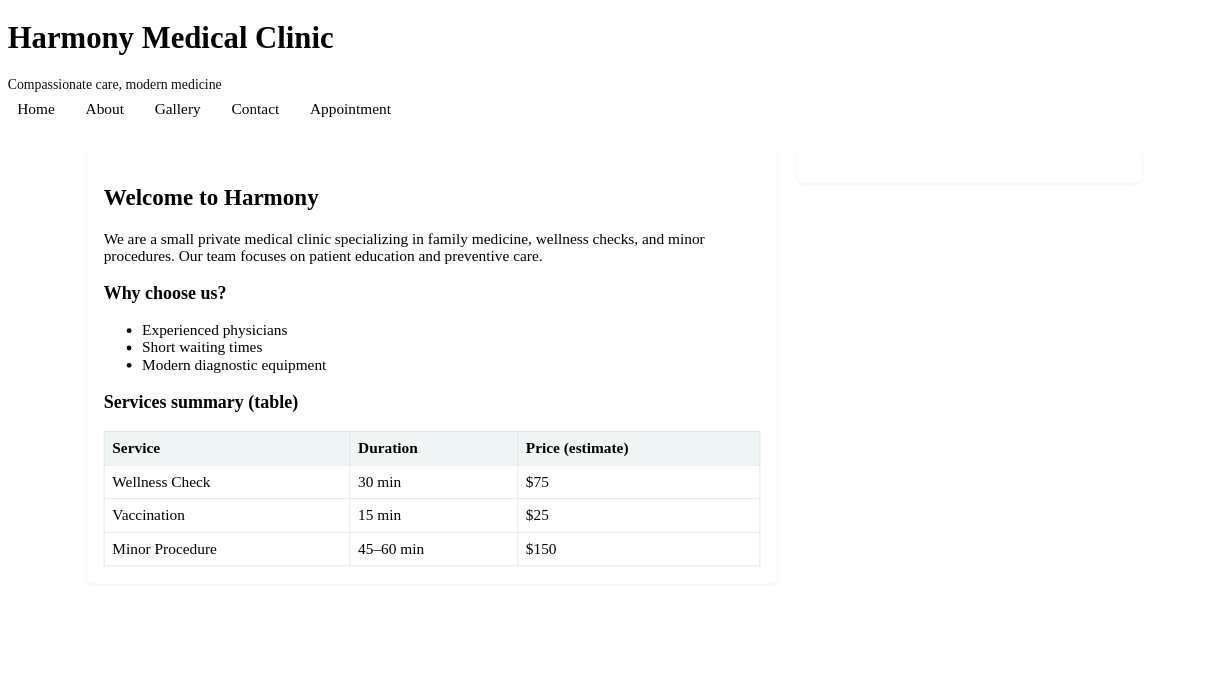
Repository: bayobude/medical_clinic
Page: index.html
These files come from the project's save history. The page is drawn as it stood at one moment and after the next save; the edit follows.
The browser window is 1280 px wide. The pictures show the whole page, at 96% of full size.

Above is the page before, as saved 2025-10-19 19:52:46.

### index.html
<!doctype html>
<html lang="en">
<head>
<meta charset="utf-8">
<meta name="viewport" content="width=device-width,initial-scale=1">
<title>Harmony Medical Clinic — Home</title>
<link rel="stylesheet" href="css/style.css">
</head>
<body>
<header id="site-header">
<div class="brand">
<h1>Harmony Medical Clinic</h1>
<p class="tag">Compassionate care, modern medicine</p>
</div>
<nav class="main-nav">
<ul class="menu">
<li><a href="index.html">Home</a></li>
<li><a href="about.html">About</a></li>
<li><a href="gallery.html">Gallery</a></li>
<li><a href="contact.html">Contact</a></li>
<li><a href="form.html">Appointment</a></li>
</ul>
</nav>
</header>


<main class="content two-column">
<section class="content-main">
<article class="card">
<h2>Welcome to Harmony</h2>
<p>We are a small private medical clinic specializing in family medicine, wellness checks, and minor procedures. Our team focuses on patient education and preventive care.</p>


<h3>Why choose us?</h3>
<ul>
<li>Experienced physicians</li>
<li>Short waiting times</li>
<li>Modern diagnostic equipment</li>
</ul>


<h3>Services summary (table)</h3>
<table class="services">
<thead>
<tr><th>Service</th><th>Duration</th><th>Price (estimate)</th></tr>
</thead>
<tbody>
<tr><td>Wellness Check</td><td>30 min</td><td>$75</td></tr>
<tr><td>Vaccination</td><td>15 min</td><td>$25</td></tr>
<tr><td>Minor Procedure</td><td>45–60 min</td><td>$150</td></tr>
</tbody>
</table>


</article>
</section>


<aside class="content-side">
<div class="card">
</html>

### style.css
/* Main stylesheet for Harmony Medical Clinic site
color:white; /* header text color */
padding:16px 24px;
display:flex;justify-content:space-between;align-items:center;gap:20px;
}


.brand h1{margin:0;font-size:1.4rem}
.brand .tag{margin:0;font-size:0.9rem;opacity:0.95}


/* Class selector (used widely) */
.menu{list-style:none;margin:0;padding:0;display:flex;gap:12px}
.menu li{display:inline}
.menu a{display:inline-block;padding:8px 10px;border-radius:6px;text-decoration:none}


/* IMPORTANT: using inherit for link color so links inside header pick up header color.
Remove `color: inherit;` to see links revert to browser default color (visible change). */
#site-header .menu a{color:inherit; /* <- inheritance example */}


/* Example of cascade with !important: we force menu links to have a distinctive accent color
This may override other color declarations. Remove `!important` to see it change. */
.menu a{color: var(--accent) !important; /* <- cascade / !important example */}


.main-nav{margin-left:auto}


.content{width:100%;max-width:1100px;margin:24px auto;display:grid;gap:20px;padding:0 16px;align-items:start}


/* Two-column layout (content area) */
.two-column{grid-template-columns: 2fr 1fr}
/* Three-column option for gallery page (more columns) */
.three-column{grid-template-columns: 2fr 1fr 1fr}


.card{background:white;padding:18px;border-radius:8px;box-shadow:0 1px 3px rgba(0,0,0,0.06)}


.content-main{min-height:300px}
.content-side{min-width:220px}


/* gallery grid */
.gallery-grid{display:grid;grid-template-columns:repeat(3,1fr);gap:12px;margin-top:12px}
.gallery-grid img{width:100%;height:auto;border-radius:6px;display:block}
.gallery-grid figure{margin:0}


/* Tables */
table{width:100%;border-collapse:collapse;margin-top:12px}
table th, table td{border:1px solid #e0e6e6;padding:8px;text-align:left}
table thead{background:#f0f6f6}


/* Footer */
.site-footer{margin-top:auto;padding:14px 16px;background:#f1f5f5;text-align:center}
.site-footer a{color:inherit;text-decoration:none}


/* Form styles */
form label{display:block;margin-bottom:10px}
input[type="text"], input[type="email"], input[type="tel"], input[type="date"], input[type="time"], select, textarea, input[type="number"]{width:100%;padding:8px;border-radius:4px;border:1px solid #ccd6d6}
button{background:var(--brand-bg);color:white;border:none;padding:10px 14px;border-radius:6px;cursor:pointer}


/* ID selector used again for a specific element (example) */
#year{font-weight:700}


/* Responsive */
@media (max-width:900px){
.content.two-column, .content.three-column{grid-template-columns:1fr}
.gallery-grid{grid-template-columns:repeat(2,1fr)}
}


/* Accessibility focus states */
.menu a:focus, button:focus, input:focus, textarea:focus{outline:3px solid var(--accent);outline-offset:2px}


/* Small visual tweak: testimonials */
.testimonial{background:linear-gradient(180deg, #fcffff, #f2fbfb)}


/* Additional note: remove the !important on `.menu a` and remove `color:inherit` on `#site-header .menu a` to observe both behaviors */




<!-- End of stylesheet -->

After the next save:
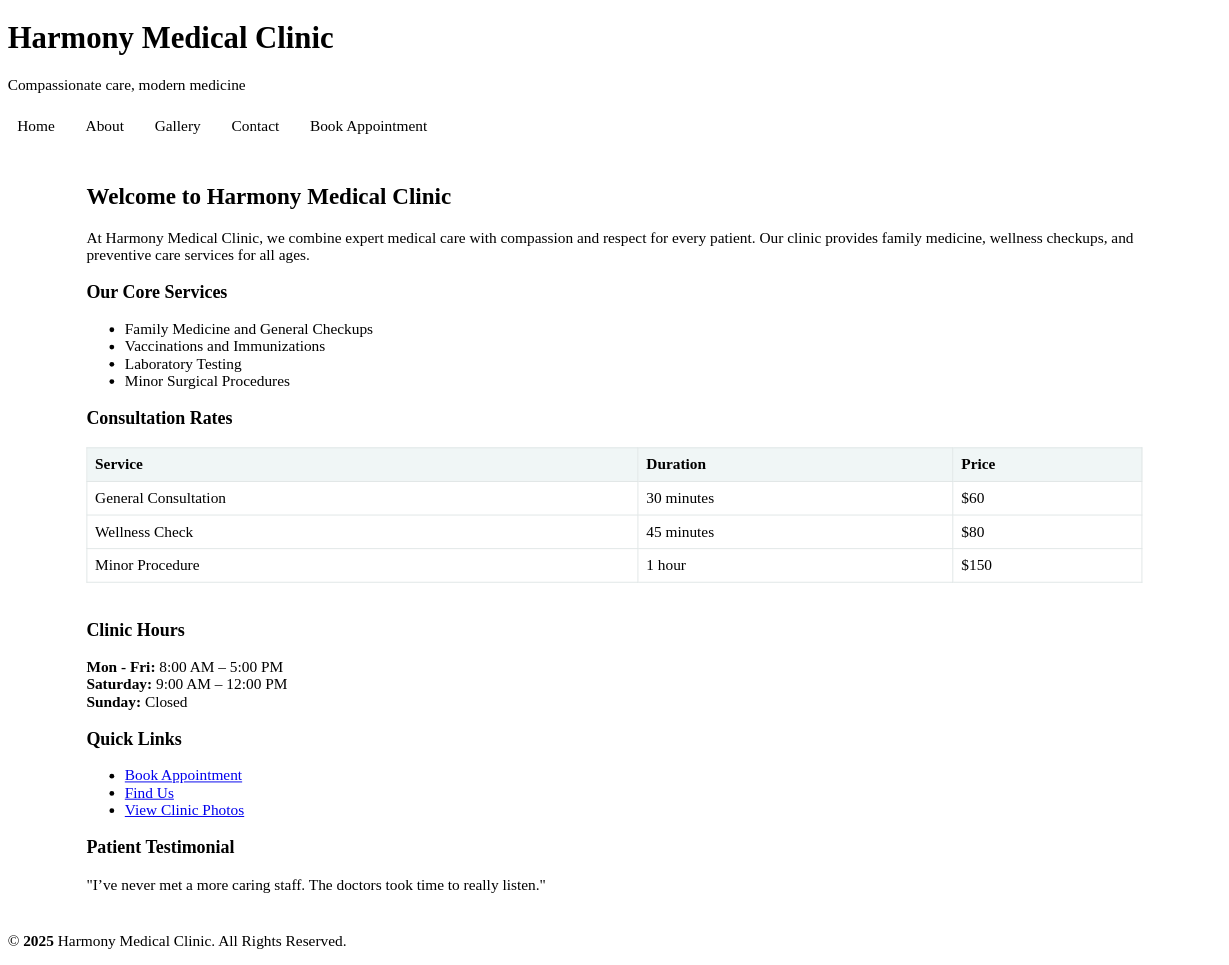
Saved 3 min 24 s later.
--- a/index.html
+++ b/index.html
@@ -1,61 +1,107 @@
-<!doctype html>
+<!DOCTYPE html>
 <html lang="en">
 <head>
-<meta charset="utf-8">
-<meta name="viewport" content="width=device-width,initial-scale=1">
-<title>Harmony Medical Clinic — Home</title>
-<link rel="stylesheet" href="css/style.css">
+  <meta charset="UTF-8">
+  <meta name="viewport" content="width=device-width, initial-scale=1.0">
+  <title>Harmony Medical Clinic | Home</title>
+  <link rel="stylesheet" href="style.css">
 </head>
 <body>
-<header id="site-header">
-<div class="brand">
-<h1>Harmony Medical Clinic</h1>
-<p class="tag">Compassionate care, modern medicine</p>
-</div>
-<nav class="main-nav">
-<ul class="menu">
-<li><a href="index.html">Home</a></li>
-<li><a href="about.html">About</a></li>
-<li><a href="gallery.html">Gallery</a></li>
-<li><a href="contact.html">Contact</a></li>
-<li><a href="form.html">Appointment</a></li>
-</ul>
-</nav>
-</header>
+  <header id="site-header">
+    <h1>Harmony Medical Clinic</h1>
+    <p>Compassionate care, modern medicine</p>
 
+    <nav>
+      <ul class="menu">
+        <li><a href="index.html" class="active">Home</a></li>
+        <li><a href="about.html">About</a></li>
+        <li><a href="gallery.html">Gallery</a></li>
+        <li><a href="contact.html">Contact</a></li>
+        <li><a href="form.html">Book Appointment</a></li>
+      </ul>
+    </nav>
+  </header>
 
-<main class="content two-column">
-<section class="content-main">
-<article class="card">
-<h2>Welcome to Harmony</h2>
-<p>We are a small private medical clinic specializing in family medicine, wellness checks, and minor procedures. Our team focuses on patient education and preventive care.</p>
+  <!-- Main content area mimicking Yahoo layout -->
+  <main class="content yahoo-layout">
+    <!-- Left/Main section -->
+    <section class="main-column">
+      <h2>Welcome to Harmony Medical Clinic</h2>
+      <p>
+        At Harmony Medical Clinic, we combine expert medical care with compassion and respect for every patient.
+        Our clinic provides family medicine, wellness checkups, and preventive care services for all ages.
+      </p>
 
+      <h3>Our Core Services</h3>
+      <ul>
+        <li>Family Medicine and General Checkups</li>
+        <li>Vaccinations and Immunizations</li>
+        <li>Laboratory Testing</li>
+        <li>Minor Surgical Procedures</li>
+      </ul>
 
-<h3>Why choose us?</h3>
-<ul>
-<li>Experienced physicians</li>
-<li>Short waiting times</li>
-<li>Modern diagnostic equipment</li>
-</ul>
+      <h3>Consultation Rates</h3>
+      <table class="rates-table">
+        <thead>
+          <tr>
+            <th>Service</th>
+            <th>Duration</th>
+            <th>Price</th>
+          </tr>
+        </thead>
+        <tbody>
+          <tr>
+            <td>General Consultation</td>
+            <td>30 minutes</td>
+            <td>$60</td>
+          </tr>
+          <tr>
+            <td>Wellness Check</td>
+            <td>45 minutes</td>
+            <td>$80</td>
+          </tr>
+          <tr>
+            <td>Minor Procedure</td>
+            <td>1 hour</td>
+            <td>$150</td>
+          </tr>
+        </tbody>
+      </table>
+    </section>
 
+    <!-- Right sidebar section (like Yahoo.com’s right block) -->
+    <aside class="sidebar">
+      <div class="info-card">
+        <h3>Clinic Hours</h3>
+        <p>
+          <strong>Mon - Fri:</strong> 8:00 AM – 5:00 PM <br>
+          <strong>Saturday:</strong> 9:00 AM – 12:00 PM <br>
+          <strong>Sunday:</strong> Closed
+        </p>
+      </div>
 
-<h3>Services summary (table)</h3>
-<table class="services">
-<thead>
-<tr><th>Service</th><th>Duration</th><th>Price (estimate)</th></tr>
-</thead>
-<tbody>
-<tr><td>Wellness Check</td><td>30 min</td><td>$75</td></tr>
-<tr><td>Vaccination</td><td>15 min</td><td>$25</td></tr>
-<tr><td>Minor Procedure</td><td>45–60 min</td><td>$150</td></tr>
-</tbody>
-</table>
+      <div class="info-card">
+        <h3>Quick Links</h3>
+        <ul>
+          <li><a href="form.html">Book Appointment</a></li>
+          <li><a href="contact.html">Find Us</a></li>
+          <li><a href="gallery.html">View Clinic Photos</a></li>
+        </ul>
+      </div>
 
+      <div class="info-card">
+        <h3>Patient Testimonial</h3>
+        <p>"I’ve never met a more caring staff. The doctors took time to really listen."</p>
+      </div>
+    </aside>
+  </main>
 
-</article>
-</section>
+  <footer id="site-footer">
+    <p>&copy; <span id="year">2025</span> Harmony Medical Clinic. All Rights Reserved.</p>
+  </footer>
 
-
-<aside class="content-side">
-<div class="card">
+  <script>
+    document.getElementById('year').textContent = new Date().getFullYear();
+  </script>
+</body>
 </html>
